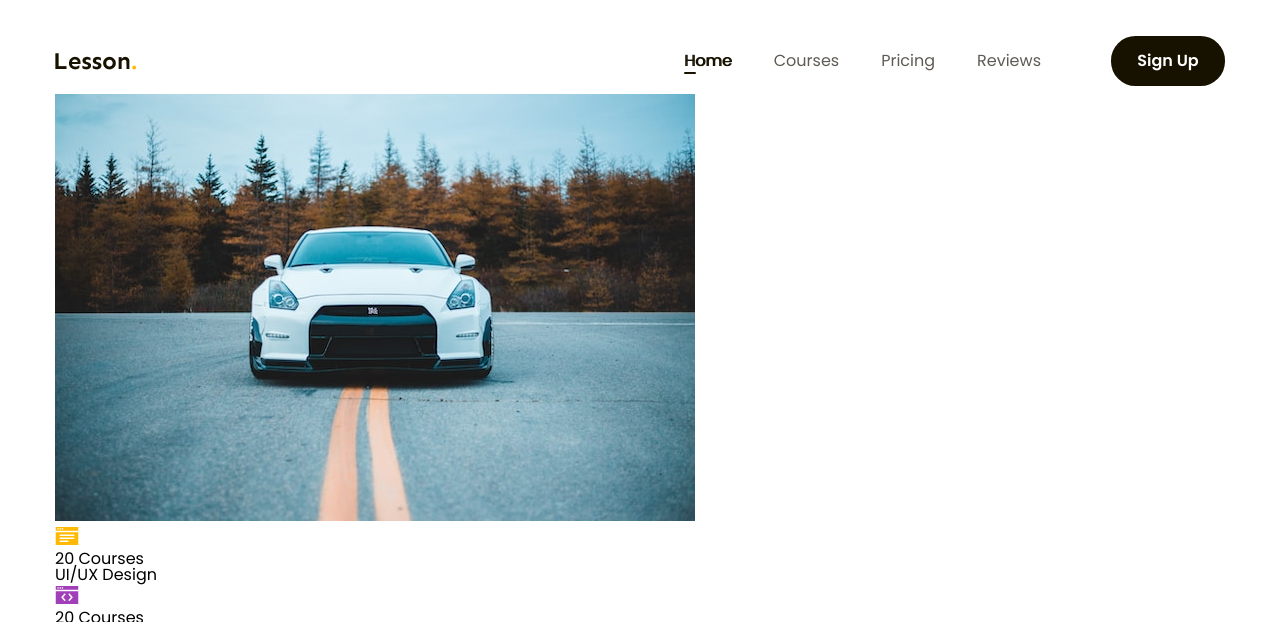
Repository: dongnguyen2112/htmlcss-project-02
Page: index.html
An editor plug-in stored every save of this project. The page is shown before and after the next save, followed by the edit.
The browser window is 1280 px wide. The pictures show the part of the page from y = 0 to 622 px (the page is 5000 px tall).
A picture or video elsewhere on the page could not be fetched, so the positions and the page height are approximate.

Above is the page before, as saved 2023-07-03 13:39:46.

### index.html
<!DOCTYPE html>
<html lang="en">
    <head>
        <meta charset="UTF-8" />
        <meta name="viewport" content="width=device-width, initial-scale=1.0" />
        <title>F8 project 01</title>
        <!-- Reset CSS -->
        <link rel="stylesheet" href="./assets/css/reset.css" />
        <!-- Font -->
        <link rel="preconnect" href="https://fonts.googleapis.com" />
        <link rel="preconnect" href="https://fonts.gstatic.com" crossorigin />
        <link
            href="https://fonts.googleapis.com/css2?family=Poppins:ital,wght@0,400;0,500;0,600;0,700;1,400&family=Sen:wght@700&display=swap"
            rel="stylesheet"
        />
        <!-- Style CSS -->
        <link rel="stylesheet" href="./assets/css/styles.css" />
    </head>
    <body>
        <main style="height: 5000px">
            <!-- Header -->
            <header class="header fixed">
                <div class="main-content">
                    <div class="body">
                        <!-- Logo -->
                        <img src="./assets/img/Logo..png" alt="" class="logo">
                        <!-- Nav -->
                        <nav class="nav">
                            <ul>
                                <li class="active">
                                    <a href="#!">Home</a>
                                </li>
                                <li>
                                    <a href="#!">Courses</a>
                                </li>
                                <li>
                                    <a href="#!">Pricing</a>
                                </li>
                                <li>
                                    <a href="#!">Reviews</a>
                                </li>
                            </ul>
                        </nav>
                        <!-- Action -->
                        <div class="action">
                            <a href="#!" class="btn sign-up-btn">Sign Up </a>
                        </div>
                    </div>
            </header>
            <!-- Hero -->
            <div class="hero">
                <div class="main-content">
                    <div class="body">
                        <!-- Hero-left -->
                        <div class="media-block">
                            <img src="./assets/img/hero-img.jpg" alt="Learn without limits and spread knowledge." class="img">

                            <div class="hero-sumary">
                                <div class="item">
                                    <div class="icon">
                                        <img src="./assets/icon/list.svg" alt="">
                                    </div>
                                    <div class="info">
                                        <div class="lable">20 Courses</div>
                                        <div class="title">UI/UX Design</div>
                                    </div>
                                </div>
                                <div class="item">
                                    <div class="icon">
                                        <img src="./assets/icon/code.svg" alt="">
                                    </div>
                                    <div class="info">
                                        <div class="lable">20 Courses</div>
                                        <div class="title">Development</div>
                                    </div>
                                </div>
                                <div class="item">
                                    <div class="icon">
                                        <img src="./assets/icon/speaker.svg" alt="">
                                    </div>
                                    <div class="info">
                                        <div class="lable">30 Courses</div>
                                        <div class="title">Marketing</div>
                                    </div>
                                </div>
                            </div>
                        </div>
                        <!-- Hero-right -->
                        <div class="content-block">
                            <h1 class="heading">Learn without limits and spread knowledge.</h1>
                            <p class="desc">Build new skills for that “this is my year” feeling with courses, certificates, and degrees from world-class universities and companies.</p>
                            <div class="cta-group">
                                <a href="#!" class="btn">See Courses</a>
                                <button class="watch-video">
                                    <div class="icon">
                                        <img src="./assets/icon/play.svg" alt="">
                                    </div>
                                    <span>Watch Video</span>
                                </button>
                            </div>
                            <p class="desc">Recent engagement</p>
                            <p class="desc">
                               <strong>50K</strong> Students
                                <strong>70+</strong> Courses
                            </p>
                        </div>
                    </div>
                </div>
            </div>
        </main>
    </body>
</html>

### assets/css/styles.css
* {
    box-sizing: border-box;
}
html {
    font-size: 62.5%;
}
body {
    font-size: 1.6rem;
    font-family: "Poppins", sans-serif;
}
/* Common */
a {
    text-decoration: none;
}
.main-content {
    width: 1170px;
    max-width: calc(100% - 48px);
    margin-left: auto;
    margin-right: auto;
}
.btn {
    display: inline-block;
    min-width: 118px;
    padding: 0 16px;
    line-height: 50px;
    color: #fff;
    text-align: center;
    font-size: 1.6rem;
    font-weight: 600;
    border-radius: 24.5px;
    background: #171100;
}
/* Header */

.header.fixed {
    position: sticky;
    top: -28px;
}
.header .body {
    display: flex;
    align-items: center;
    padding: 36px 0 8px;
}
.header .sign-up-btn {
    min-width: 114px;
}
.header .action {
    margin-left: 49px;
}
.nav {
    margin-left: auto;
}
.nav ul {
    display: flex;
}
.nav a {
    color: #5f5b53;
    font-size: 1.6rem;
    padding: 8px 21px;
    position: relative;
}
.nav a:hover,
.nav .active a {
    color: #171100;
    font-size: 1.6rem;
    /* font-weight: 600; */
    text-shadow: 1px 0 0 currentColor;
}
.nav .active a::after {
    content: "";
    left: 21px;
    display: block;
    width: 12px;
    height: 2px;
    border-radius: 1px;
    background: #171100;
    position: absolute;
    bottom: 6px;
}
/* hero */
.hero{
    padding: ;
}

Loaded but not shown: assets/css/reset.css (common file)

After the next save:
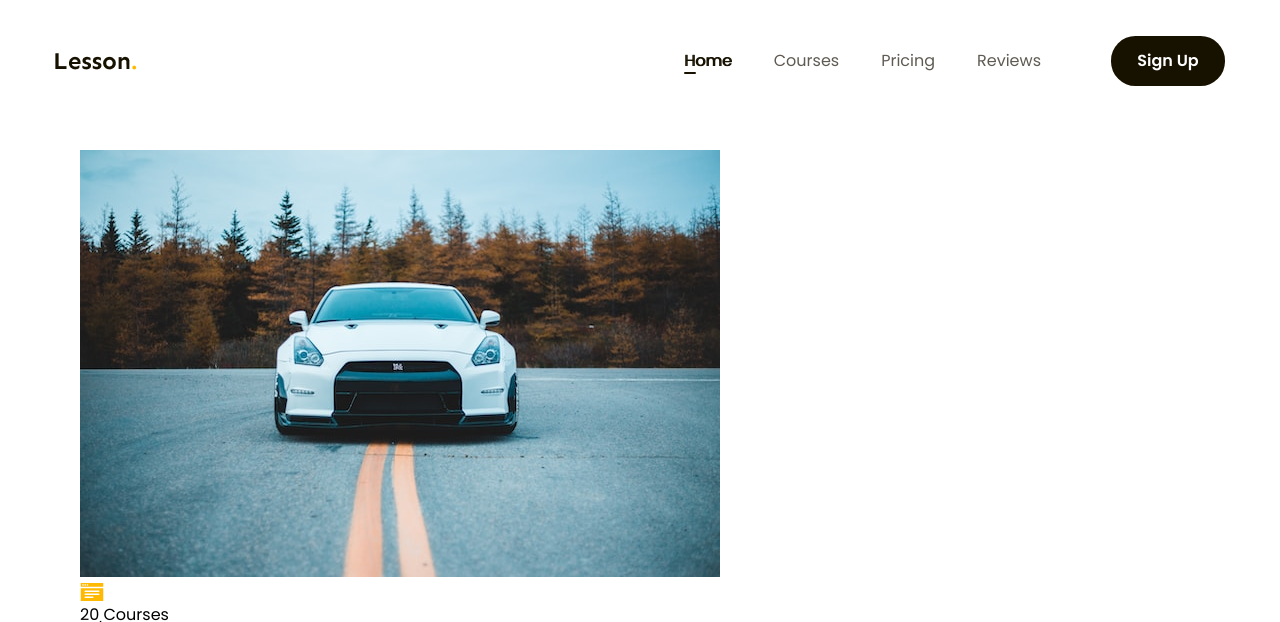
Saved 4 s later.
--- a/assets/css/styles.css
+++ b/assets/css/styles.css
@@ -79,5 +79,5 @@ a {
 }
 /* hero */
 .hero{
-    padding: ;
+    padding: 56px;
 }
